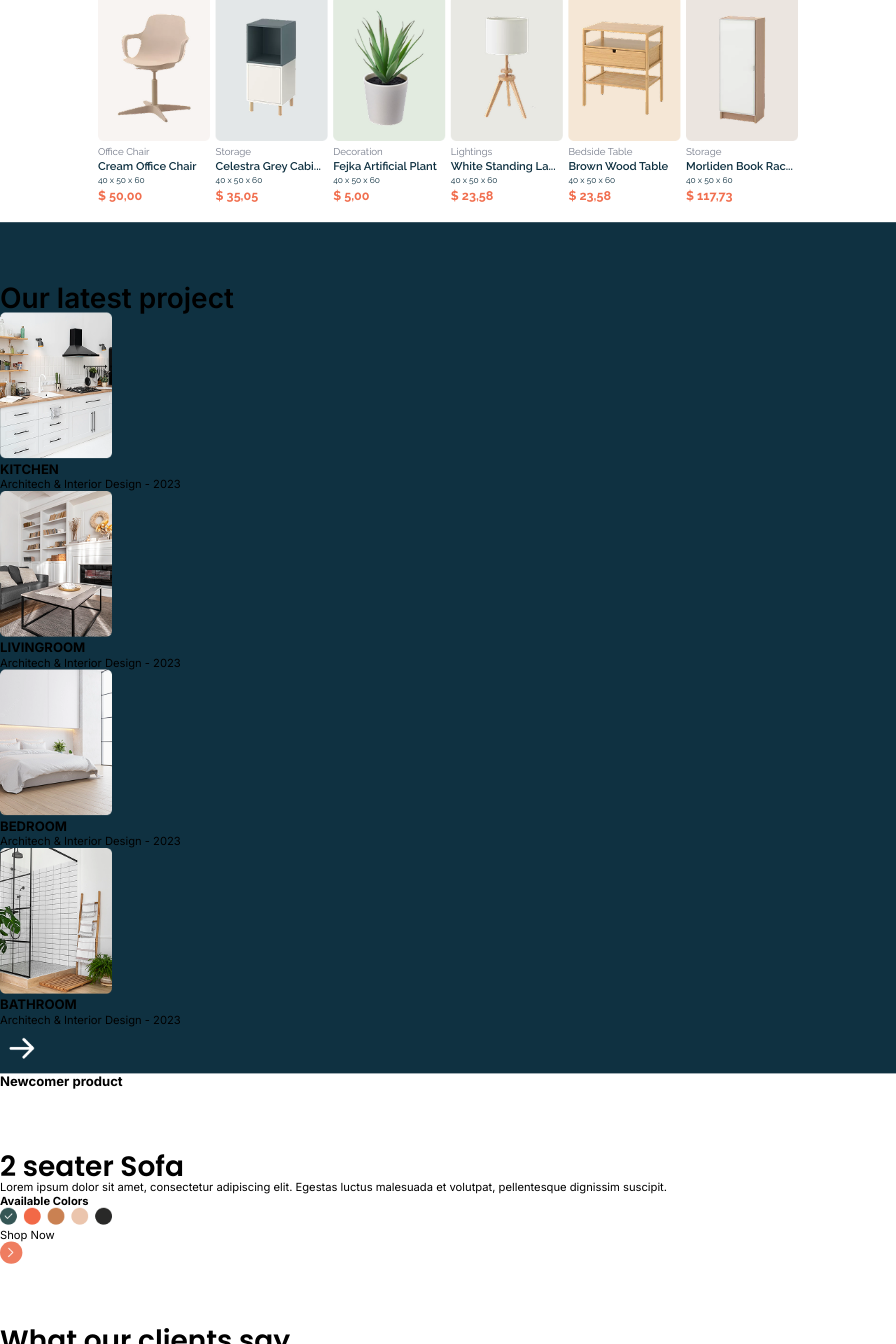
Repository: MatheusEich15/FrontEnd
Page: Prova 1 FrontEnd/Prova 1 FrontEnd/index.html
The author's editor kept a copy of each file at every save. The page is drawn from the files as they stood at one save, then again after the next save.
The browser window is 1280 px wide. The pictures show the part of the page from y = 1979 to 3899 px (the page is 4807 px tall), at 70% of full size.

Above is the page before, as saved 2026-03-13 07:43:28.

After the next save:
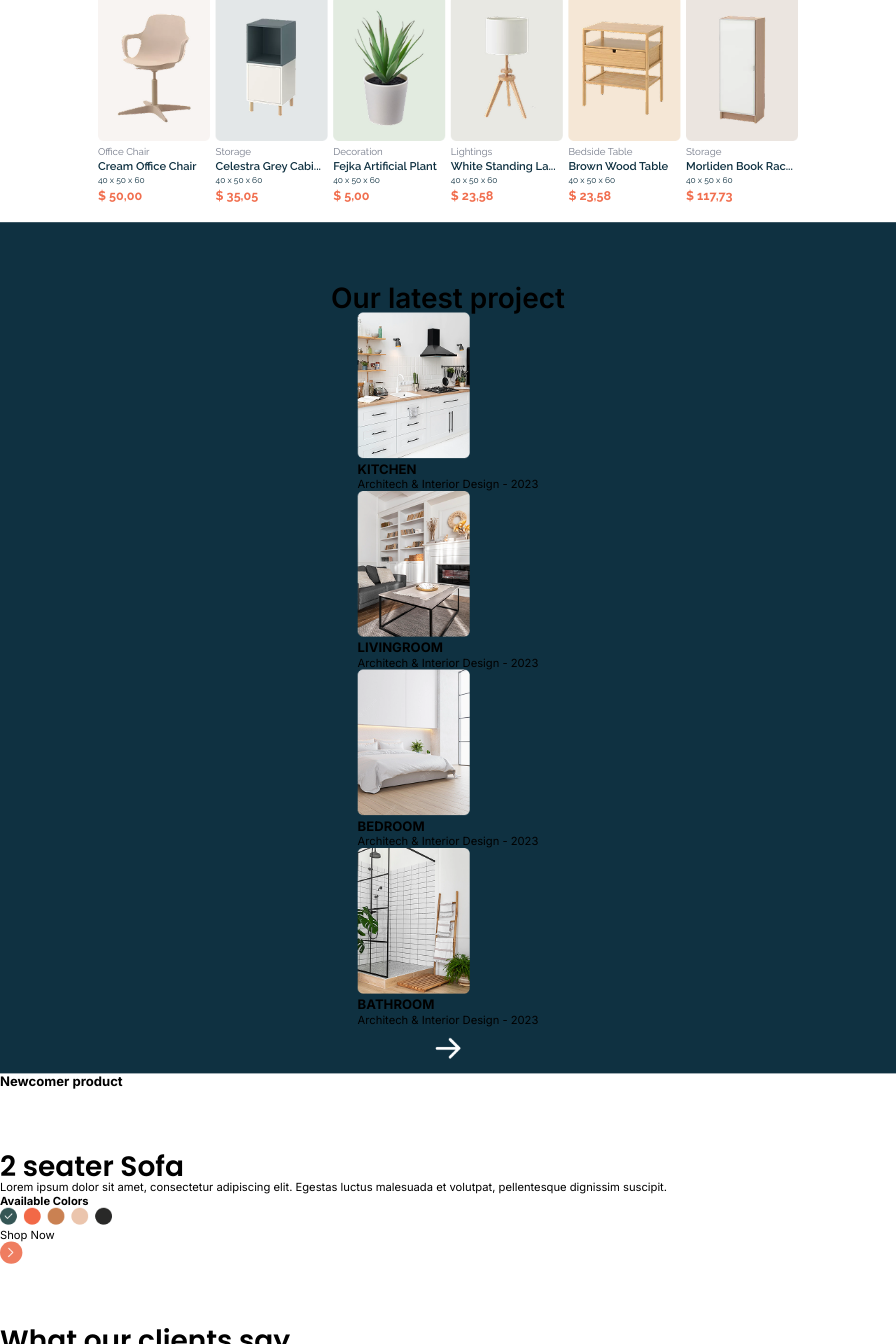
Saved 4 s later.
--- a/Prova 1 FrontEnd/Prova 1 FrontEnd/style.css
+++ b/Prova 1 FrontEnd/Prova 1 FrontEnd/style.css
@@ -262,5 +262,5 @@ header {
     background-color: var(--blue);
     display: flex;
     flex-direction: column;
-
-}
+    align-items: center;
+}
